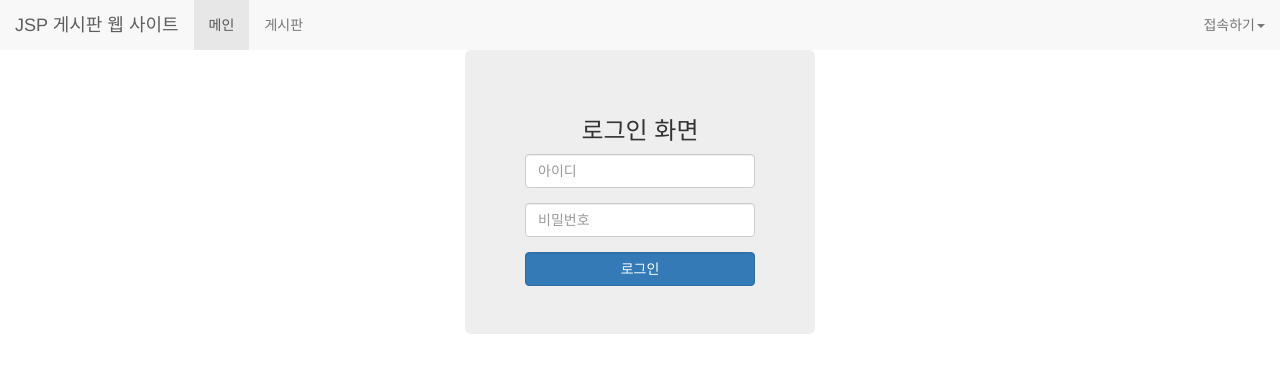
Repository: ehdgus0221/JAVA
Page: http://localhost/BBS/main.jsp
An editor plug-in stored every save of this project. The page is shown before and after the next save, followed by the edit.
The browser window is 1280 px wide. The pictures show the whole page.
Some web libraries are served in a nearby version. The page is served by Tomcat 9. Other server files are loaded and not shown.

Above is the page before, as saved 2022-12-24 05:15:34.

### Board-Basic/projects/BBS/src/main/webapp/main.jsp
<!-- 가장 많이 쓰이는 인코딩 UTF-8로 바꾸기, 한글,영어 둘다 지원 -->
<%@ page language="java" contentType="text/html; charset=UTF-8"
    pageEncoding="UTF-8"%>
 <%@ page import="java.io.PrintWriter" %>
<!DOCTYPE html>
<html>
<head>
<meta charset="UTF-8">
<!-- 반응형 웹에서 사용되는 meta 태그 사용 -->
<meta name="viewport" content="width=device-width", initial-scale="1">
<link rel="stylesheet" href="css/bootstrap.css">
<title>JSP 게시판 웹 사이트</title>
</head>
<body>
	<%
	//로그인을 한 사람은 userID변수에 값이 들어간다.
		String userID = null;
	if (session.getAttribute("userID") != null){
		userID=(String)session.getAttribute("userID");
	}
	%>
	<!-- 애니메이션 기능으로 script 태그 사용 -->
	<script src="https://code.jquery.com/jquery-3.1.1.min.js"></script>
	<script src="js/bootstrap.js"></script>
	<nav class="navbar-default">
		<div class="navbar-header">
			<button type="button" class="navbar-toggle collapsed"
				data-toggle="collapse" data-target="#bs-example-navbar-collapse-1"
				aria-expanded="false">
				<span class="icon-bar"></span>
				<span class="icon-bar"></span>
				<span class="icon-bar"></span>
			</button>
			<a class="navbar-brand" href="main.jsp">JSP 게시판 웹 사이트</a>
		</div>
		<div class="collapse navbar-collapse" id="bs-example-navbar-collapse-1">
			<ul class="nav navbar-nav">
				<li class="active"><a href="main.jsp">메인</a></li>
				<li><a href="bbs.jsp">게시판</a></li>
			</ul>
			<%
				if(userID == null) {
			%>
			<ul class="nav navbar-nav navbar-right">
				<li class="dropdown">
				<a href="#" class="dropdown-toggle"
					data-toggle="dropdown" role="button" aria-haspopup="true"
					aria-expanded="false">접속하기<span class="caret"></span></a>
					<ul class="dropdown-menu">
						<li><a href="login.jsp">로그인</a></li>
						<li><a href="join.jsp">회원가입</a></li>
					</ul>
				</li>
			</ul>
			<%
				} else{
			%>
			<ul class="nav navbar-nav navbar-right">
				<li class="dropdown">
				<a href="#" class="dropdown-toggle"
					data-toggle="dropdown" role="button" aria-haspopup="true"
					aria-expanded="false">회원가입<span class="caret"></span></a>
					<ul class="dropdown-menu">
						<li><a href="logoutAction.jsp">로그아웃</a></li>
					</ul>
				</li>
			</ul>

			<%
				}
			%>

		</div>
	</nav>
	<!-- 회원가입 양식 -->
	<div class="container">
		<div class="col-lg-4"></div>
		<div class="col-lg-4">
			<div class="jumbotron" style="padding-top:2opx;">
				<form method="post" action="loginAction.jsp">
					<h3 style="text-align: center;">로그인 화면</h3>
					<div class="form-group">
						<input type="text" class="form-control" placeholder="아이디" name="userID" maxlength="20">
					</div>
					<div class="form-group">
						<input type="password" class="form-control" placeholder="비밀번호" name="userPassword" maxlength="20">
					</div>
					<input type="submit" class="btn btn-primary form-control" value="로그인">
				</form>
			</div>
		</div>
	</div>
</body>
</html>

Loaded but not shown: Board-Basic/projects/BBS/src/main/webapp/css/bootstrap.css (library); Board-Basic/projects/BBS/src/main/webapp/js/bootstrap.js (library)

After the next save:
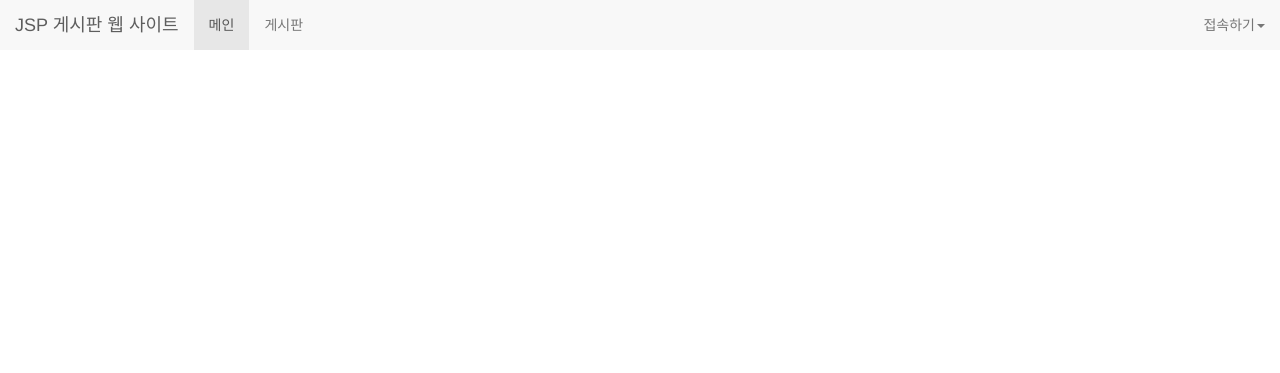
Saved 62 s later.
--- a/Board-Basic/projects/BBS/src/main/webapp/main.jsp
+++ b/Board-Basic/projects/BBS/src/main/webapp/main.jsp
@@ -73,22 +73,7 @@
 		</div>
 	</nav>
 	<!-- 회원가입 양식 -->
-	<div class="container">
-		<div class="col-lg-4"></div>
-		<div class="col-lg-4">
-			<div class="jumbotron" style="padding-top:2opx;">
-				<form method="post" action="loginAction.jsp">
-					<h3 style="text-align: center;">로그인 화면</h3>
-					<div class="form-group">
-						<input type="text" class="form-control" placeholder="아이디" name="userID" maxlength="20">
-					</div>
-					<div class="form-group">
-						<input type="password" class="form-control" placeholder="비밀번호" name="userPassword" maxlength="20">
-					</div>
-					<input type="submit" class="btn btn-primary form-control" value="로그인">
-				</form>
-			</div>
-		</div>
-	</div>
+	<script src="https://code.jquery.com/jquery-3.1.1.min.js"></script>
+	<script src="js/bootstrap.js"></script>
 </body>
 </html>
